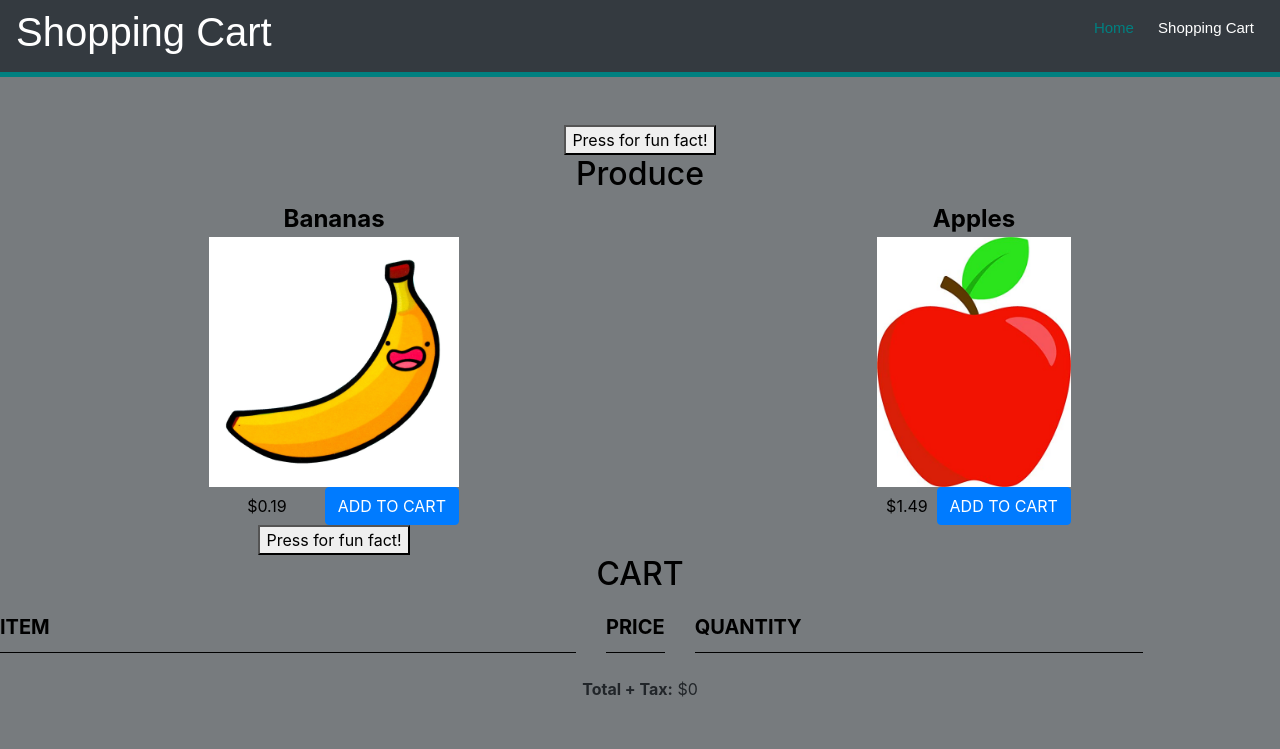
Repository: ElijahHallera/336-Internet-Prog
Page: cst336_s2020Assignment2-master/cst336_s2020Assignment2-master/shoppingcart.html
The author's editor kept a record of every edit. The page is drawn from the files as they stood at one moment, then again after the next edit.
The browser window is 1280 px wide. The pictures show the whole page.

Above is the page before.

### cst336_s2020Assignment2-master/cst336_s2020Assignment2-master/shoppingcart.html
<!DOCTYPE html>
<html>
    <head>
        <meta charset = "utf-8">
        <title>Project 2</title>
        <link href="https://stackpath.bootstrapcdn.com/bootstrap/4.4.1/css/bootstrap.min.css"
        rel="stylesheet"
        integrity="sha384-Vkoo8x4CGsO3+Hhxv8T/Q5PaXtkKtu6ug5TOeNV6gBiFeWPGFN9MuhOf23Q9Ifjh"
        crossorigin="anonymous">
        <link href="https://fonts.googleapis.com/css?family=Raleway&display=swap" rel="stylesheet">
        <script src="https://ajax.aspnetcdn.com/ajax/jQuery/jquery-3.4.1.min.js"></script>
        <script src = "https://cdnjs.cloudflare.com/ajax/libs/underscore.js/1.9.1/underscore-min.js"></script>
        <link href = "css/app.css" rel = "stylesheet" type = "text/css">
        <script src = "js/javascript.js" async></script>
    </head>

    <body class = "text-center">
        <header id = "shoppingHEADER">
            <nav class="navbar navbar-dark bg-dark">
              <h1> Shopping Cart </h1>
                    <ul>
                        <li> <a href = "index.html" class = "shoppingA"> Home </a> </li>
                        <li> <a href = "shoppingcart.html" id = "currentPage" class = "shoppingA"> Shopping Cart </a> </li>
                    </ul>
            </nav>
        </header>
		</br>
		</br>

		<button id = "fun-fact"> Press for fun fact! </button>

        <section>
            <h2>Produce</h2>
            <div class="items">
            <div>
                <span class="title">Bananas</span>
                <img class="food_image" src="images/banana-sticker.jpg">
                <div class="details">
                    <span class="shop_price">$0.19</span>
                    <button class="btn btn-primary shop_button" type="button">ADD TO CART</button>
            </div>

            <button id = "fun-fact"> Press for fun fact! </button>

            </div>
            <div>
                <span class="title">Apples</span>
                <img class="food_image" src="images/Apple.jpg">
                <div class="details">
                    <span class="shop_price">$1.49</span>
                    <button class="btn btn-primary shop_button" type="button">ADD TO CART</button>
                </div>
            </div>
            </div>
        </section>

        <section>
            <h2>CART</h2>
            <div class="list">
                <span class="cart-item cart-header cart-column">ITEM</span>
                <span class="cart-price cart-header cart-column">PRICE</span>
                <span class="cart-quantity cart-header cart-column">QUANTITY</span>
            </div>
            <div class="cart-items">
            </div>
            </br>
            <div class="cart-total">
                <strong class="cart-total-title">Total + Tax:</strong>
                <span class="total-price">$0</span>
            </div>
            </br>
            </br>
        </section>

    </body>
</html>

### cst336_s2020Assignment2-master/cst336_s2020Assignment2-master/css/app.css
body{
    background-color: #777B7E;
}

h2{
    color: black;
}

h5{
    font-family: "Montserrat", sans-serif;
    color: black;
    font-size: 50px;
}

p{
    font-family: "Montserrat", sans-serif;
    font-size: 20px;
    color: black;
}

header {
    color: white;
    font-family: "Montserrat", sans-serif;
    font-size: 15px;
    justify-content: space-between;
    align-items: center;
    border-bottom: 5px solid #86C232;
}

nav li:hover{ /*pseudo class*/
    font-size: 1.10em;
    transition: .9s; /* transition effect */
}

li {
    list-style: none; /*gets rid of bullet points*/
    display: inline-block; /* allows me to get horizontal tabs */
    padding-left: 10px;
    padding-right: 10px;
}

a { /* links within "nav" container */
    font-size: 1em;
    color: #86C232; /* by default, links are blue */
    border-radius: 15px;
    justify-content: space-between;
}

.shoppingA{
    font-size: 1em;
    color: teal; /* by default, links are blue */
    border-radius: 15px;
    justify-content: space-between;
}

.homeA{
    font-size: 1em;
    color: red; /* by default, links are blue */
    border-radius: 15px;
    justify-content: space-between;
}

.flex-container {
	display: flex;
	flex-wrap: wrap;
	flex-direction: row;
	justify-content: center;
}

.flex-item {
	width: 25%;
	margin: 10px;
}

.flex-item > img {
	width: 50%;
}

.shop-item {
    margin: 30px;
}

.title {
    display: block;
    width: 100%;
    text-align: center;
    font-weight: bold;
    font-size: 1.5em;
    color: black;
}

.food_image { /* makes each image the same height */
    height: 250px;
}

.details {
    display: flex;
    align-items: center;
}

.shop_price { /* makes price black */
    flex-grow: 1;
    color: black;
}

.items { /* puts the items next to eachother */
    display: flex;
    flex-wrap: wrap;
    justify-content: space-around;
}

.cart-header {
    font-weight: bold;
    font-size: 1.25em;
    color: black;
}

.cart-column {
    display: flex;
    align-items: center;
    border-bottom: 1px solid black;
    margin-right: 1.5em;
    padding-bottom: 10px;
    margin-top: 10px;
}

.list { /* puts the items in a column */
    display: flex;
}

.cart-item {
    width: 45%;
}

.cart-quantity {
    width: 35%;
}

.cart-item-image { /*makes image smaller in cart */
    width: 75px;
    height: auto;
    border-radius: 10px;
}

.cart-total-price { /* makes the price black and increase size a bit */
    color: black;
    font-size: 1.1em;
}

#quantity{
    display: flex;
	flex-direction: row;
	align-items: center;
	justify-content: space-between;
}

#currentPage {
    font-size: 1em;
    text-decoration: none; /* removes underline */
    color: white; /* by default, links are blue */
}


#shoppingHEADER{
    color: white;
    font-family: "Montserrat", sans-serif;
    font-size: 15px;
    justify-content: space-between;
    align-items: center;
    border-bottom: 5px solid teal;
}

#homeHEADER{
    color: white;
    font-family: "Montserrat", sans-serif;
    font-size: 15px;
    justify-content: space-between;
    align-items: center;
    border-bottom: 5px solid red;
}

### cst336_s2020Assignment2-master/cst336_s2020Assignment2-master/js/javascript.js
$("#banana-fact").on('click', function(){
	$(this).html("A green banana has very high starch content – as the fruit yellows, this starch turns into sugars.");
	$(this).css("background-color", "yellow");
	$(this).css("color", "black");
});

$("#apple-fact").on('click', function(){
	$(this).html(" If you’ve ever wondered why apples float it’s because they’re 25 percent air, giving us the ability to bob for apples in a barrel of water.");
	$(this).css("background-color", "red");
});


if (document.readyState == 'loading') {
    document.addEventListener('DOMContentLoaded', ready);
} else {
    ready();
}

function ready() {
    var Inputs = document.getElementsByClassName('cart-input');
    for (var i = 0; i < Inputs.length; i++) {
        var input = Inputs[i];
        input.addEventListener('change', Changed);
    }

    var addToCart = document.getElementsByClassName('shop_button');
    for (var i = 0; i < addToCart.length; i++) {
        var button = addToCart[i];
        button.addEventListener('click', Clicked);
    }
}

function Changed(event) {
    var input = event.target;
    if (isNaN(input.value) || input.value <= -1) {
        input.value = 1;
    }
    update();
}

function Clicked(event) {
    var button = event.target;
    var shopItem = button.parentElement.parentElement;
    var title = shopItem.getElementsByClassName('title')[0].innerText;
    var price = shopItem.getElementsByClassName('shop_price')[0].innerText;
    var imageSrc = shopItem.getElementsByClassName('food_image')[0].src;
    addCart(title, price, imageSrc);
    update();
}

function addCart(title, price, imageSrc) {
    var cartRow = document.createElement('div');
    cartRow.classList.add('list');
    var cartItems = document.getElementsByClassName('cart-items')[0];
    var Items = cartItems.getElementsByClassName('item-title');
    for (var i = 0; i < Items.length; i++) {
        if (Items[i].innerText == title) {
            alert('This item is already added to the cart');
            return;
        }
    }

    var cartContents = ` <div class="cart-item cart-column"> <img class="item-image" src="${imageSrc}" width="100" height="100">
                         <span class="item-title">${title}</span></div> <span class="cart-price cart-column">${price}</span>
                         <div class="cart-quantity cart-column"> <input class="cart-input" type="number" value="1"></div>`;
    cartRow.innerHTML = cartContents;
    cartItems.append(cartRow);
    cartRow.getElementsByClassName('cart-input')[0].addEventListener('change', Changed);
}

function update() {
    var cartItemContainer = document.getElementsByClassName('cart-items')[0];
    var cartRows = cartItemContainer.getElementsByClassName('list');
    var total = 0;
    for (var i = 0; i < cartRows.length; i++) {
        var cartRow = cartRows[i];
        var priceElement = cartRow.getElementsByClassName('cart-price')[0];
        var quantityElement = cartRow.getElementsByClassName('cart-input')[0];
        var price = parseFloat(priceElement.innerText.replace('$', ''));
        var quantity = quantityElement.value;
        total = total + ((price * quantity) + ((price * quantity) *.0875));
    }
    total = Math.round(total * 100) / 100;
    document.getElementsByClassName('total-price')[0].innerText = '$' + total;
}

After the next edit:
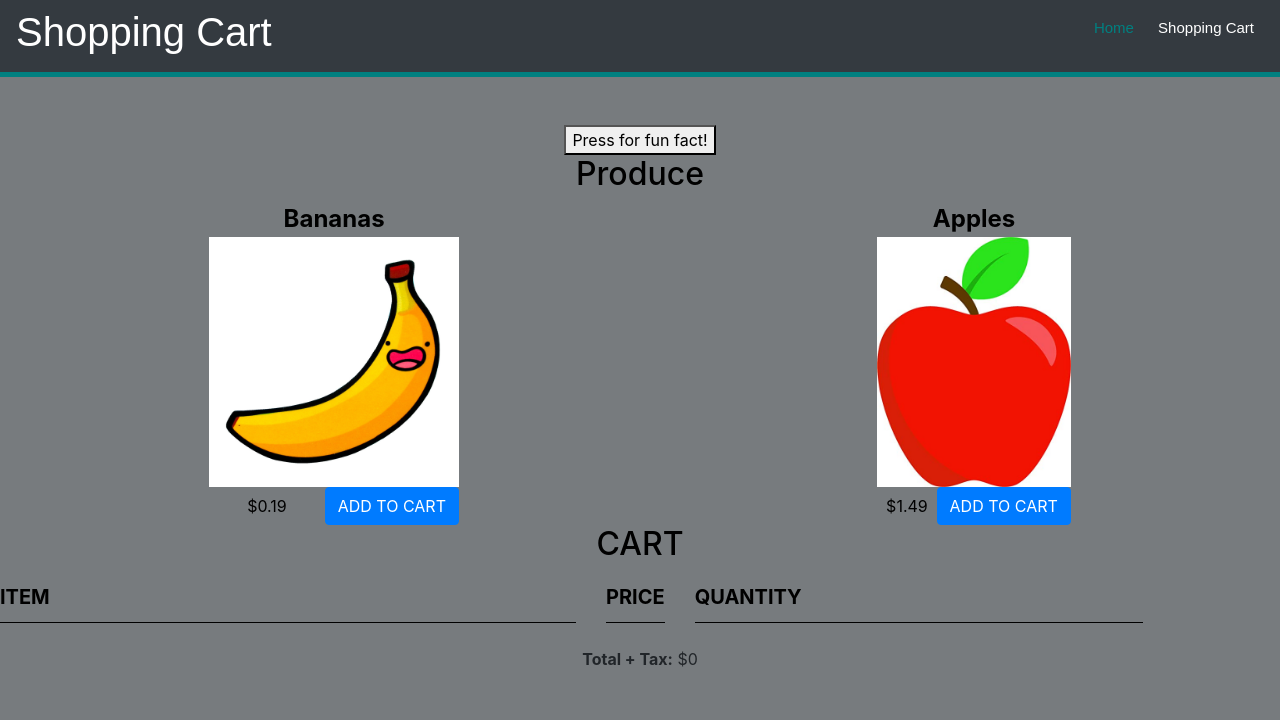
The edit:
--- a/cst336_s2020Assignment2-master/cst336_s2020Assignment2-master/shoppingcart.html
+++ b/cst336_s2020Assignment2-master/cst336_s2020Assignment2-master/shoppingcart.html
@@ -40,8 +40,6 @@
                     <button class="btn btn-primary shop_button" type="button">ADD TO CART</button>
             </div>
 
-            <button id = "fun-fact"> Press for fun fact! </button>
-
             </div>
             <div>
                 <span class="title">Apples</span>
